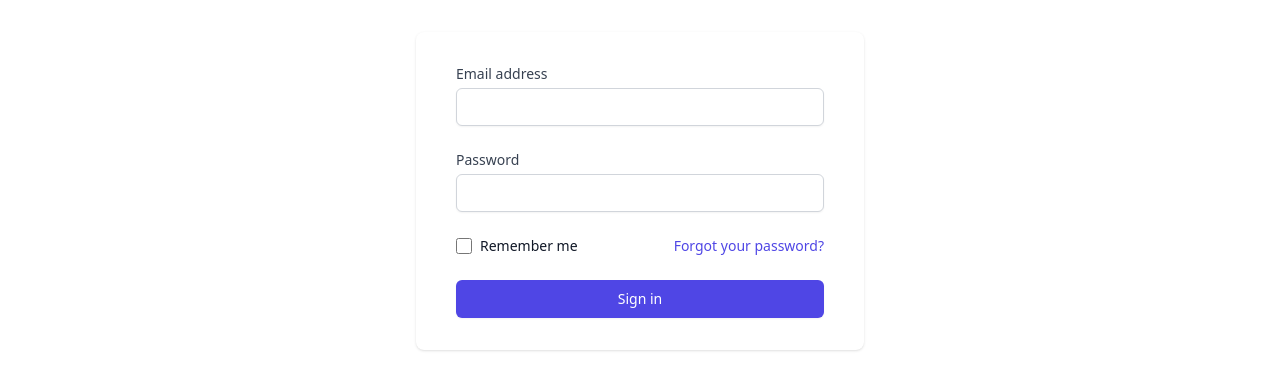
Repository: Dydja/dashAlladjai
Page: /
The author's editor kept a copy of each file at every save. The page is drawn from the files as they stood at one save, then again after the next save.
The browser window is 1280 px wide. The pictures show the whole page.
The project was rebuilt for these pictures with package versions that can differ from the ones it lists, and the page was loaded fresh each time. Also part of the build but not shown: vite.config.js.

Above is the page before, as saved 2024-01-28 21:31:45.

### src/main.js
// import './assets/main.css'
import "./style.css";

import { createApp } from 'vue'
import { createPinia } from 'pinia'

import App from './App.vue'
import router from './router'

const app = createApp(App)

app.use(createPinia())
app.use(router)

app.mount('#app')

### src/App.vue
<script setup>
import { RouterView } from 'vue-router'
// import HelloWorld from './components/HelloWorld.vue' RouterLink
</script>

<template>
  <!-- <header>
    <img alt="Vue logo" class="logo" src="@/assets/logo.svg" width="125" height="125" />

    <div class="wrapper">
      <HelloWorld msg="You did it!" />

      <nav>
        <RouterLink to="/">Home</RouterLink>
        <RouterLink to="/about">About</RouterLink>
        <RouterLink to="/login">Login</RouterLink>
      </nav>
    </div>
  </header> -->

  <RouterView />
</template>

<style scoped>
/* header {
  line-height: 1.5;
  max-height: 100vh;
}

.logo {
  display: block;
  margin: 0 auto 2rem;
}

nav {
  width: 100%;
  font-size: 12px;
  text-align: center;
  margin-top: 2rem;
}

nav a.router-link-exact-active {
  color: var(--color-text);
}

nav a.router-link-exact-active:hover {
  background-color: transparent;
}

nav a {
  display: inline-block;
  padding: 0 1rem;
  border-left: 1px solid var(--color-border);
}

nav a:first-of-type {
  border: 0;
}

@media (min-width: 1024px) {
  header {
    display: flex;
    place-items: center;
    padding-right: calc(var(--section-gap) / 2);
  }

  .logo {
    margin: 0 2rem 0 0;
  }

  header .wrapper {
    display: flex;
    place-items: flex-start;
    flex-wrap: wrap;
  }

  nav {
    text-align: left;
    margin-left: -1rem;
    font-size: 1rem;

    padding: 1rem 0;
    margin-top: 1rem;
  }
} */
</style>

### src/router/index.js
import { createRouter, createWebHistory } from 'vue-router'
import HomeView from '../views/HomeView.vue'

const router = createRouter({
  history: createWebHistory(import.meta.env.BASE_URL),
  routes: [
    {
      path: '/',
      name: 'home',
      component: HomeView
    },
    {
      path: '/login',
      name: 'Login',
      component: () => import('../views/auth/LoginView.vue')
    },
    {
      path: '/about',
      name: 'about',
      // route level code-splitting
      // this generates a separate chunk (About.[hash].js) for this route
      // which is lazy-loaded when the route is visited.
      component: () => import('../views/AboutView.vue')
    }
  ]
})

export default router

### src/views/HomeView.vue
<script setup>
// import TheWelcome from '../components/TheWelcome.vue'
import LoginView from '../views/auth/LoginView.vue'
</script>

<template>
  <main>
    <!-- <TheWelcome /> -->
    <LoginView />
  </main>
</template>

### src/views/auth/LoginView.vue
<template>
    <div class="mt-8 sm:mx-auto sm:w-full sm:max-w-md">
        <div class="bg-white py-8 px-4 shadow sm:rounded-lg sm:px-10">
            <form class="space-y-6" @submit.prevent="emit('submit')" method="POST">
                <div>
                    <label for="email" class="block text-sm font-medium text-gray-700"> Email address </label>
                    <div class="mt-1">
                        <input id="email" name="email" type="email" autocomplete="email" required=""
                            class="appearance-none block w-full px-3 py-2 border border-gray-300 rounded-md shadow-sm placeholder-gray-400 focus:outline-none focus:ring-indigo-500 focus:border-indigo-500 sm:text-sm" />
                    </div>
                </div>

                <div>
                    <label for="password" class="block text-sm font-medium text-gray-700"> Password </label>
                    <div class="mt-1">
                        <input id="password" name="password" type="password" autocomplete="current-password" required=""
                            class="appearance-none block w-full px-3 py-2 border border-gray-300 rounded-md shadow-sm placeholder-gray-400 focus:outline-none focus:ring-indigo-500 focus:border-indigo-500 sm:text-sm" />
                    </div>
                </div>

                <div class="flex items-center justify-between">
                    <div class="flex items-center">
                        <input id="remember-me" name="remember-me" type="checkbox"
                            class="h-4 w-4 text-indigo-600 focus:ring-indigo-500 border-gray-300 rounded" />
                        <label for="remember-me" class="ml-2 block text-sm text-gray-900"> Remember me </label>
                    </div>

                    <div class="text-sm">
                        <a href="#" class="font-medium text-indigo-600 hover:text-indigo-500"> Forgot your password?
                        </a>
                    </div>
                </div>

                <div>
                    <button type="submit"
                        class="w-full flex justify-center py-2 px-4 border border-transparent rounded-md shadow-sm text-sm font-medium text-white bg-indigo-600 hover:bg-indigo-700 focus:outline-none focus:ring-2 focus:ring-offset-2 focus:ring-indigo-500">Sign
                        in</button>
                </div>
            </form>
        </div>
    </div>
</template>


<style>
/* @media (min-width: 1024px) {
    .about {
        min-height: 100vh;
        display: flex;
        align-items: center;
    }
} */
</style>

Loaded but not shown: index.html (common file); src/style.css (common file); tailwind.config.js (common file)

After the next save:
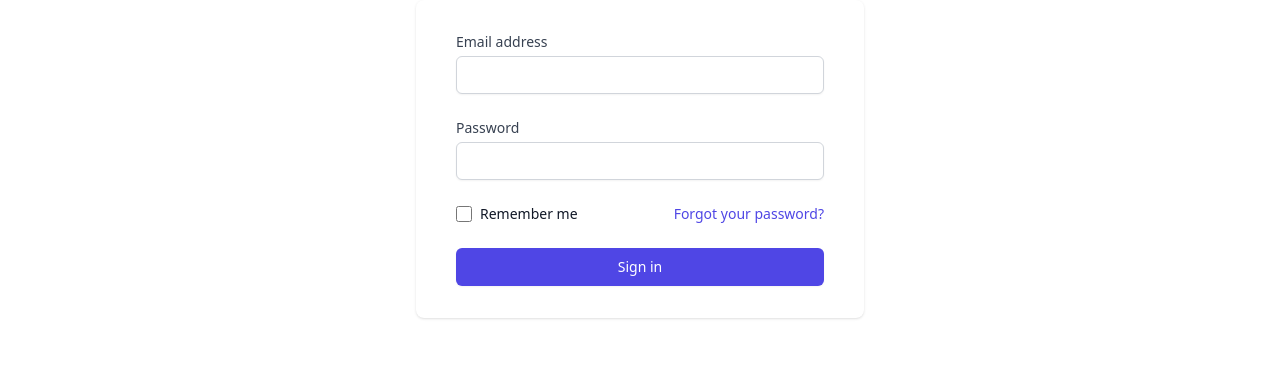
Saved 51 s later.
--- a/src/views/auth/LoginView.vue
+++ b/src/views/auth/LoginView.vue
@@ -1,5 +1,5 @@
 <template>
-    <div class="mt-8 sm:mx-auto sm:w-full sm:max-w-md">
+    <div class="mt-15 sm:mx-auto sm:w-full sm:max-w-md">
         <div class="bg-white py-8 px-4 shadow sm:rounded-lg sm:px-10">
             <form class="space-y-6" @submit.prevent="emit('submit')" method="POST">
                 <div>

After the save that followed:
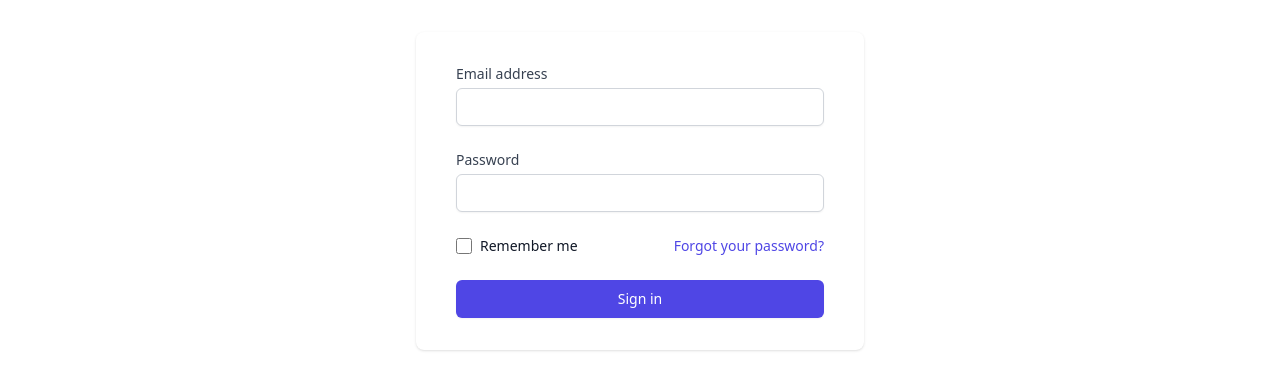
Saved 13 s later.
--- a/src/views/auth/LoginView.vue
+++ b/src/views/auth/LoginView.vue
@@ -1,5 +1,5 @@
 <template>
-    <div class="mt-15 sm:mx-auto sm:w-full sm:max-w-md">
+    <div class="mt-8 sm:mx-auto sm:w-full sm:max-w-md">
         <div class="bg-white py-8 px-4 shadow sm:rounded-lg sm:px-10">
             <form class="space-y-6" @submit.prevent="emit('submit')" method="POST">
                 <div>
